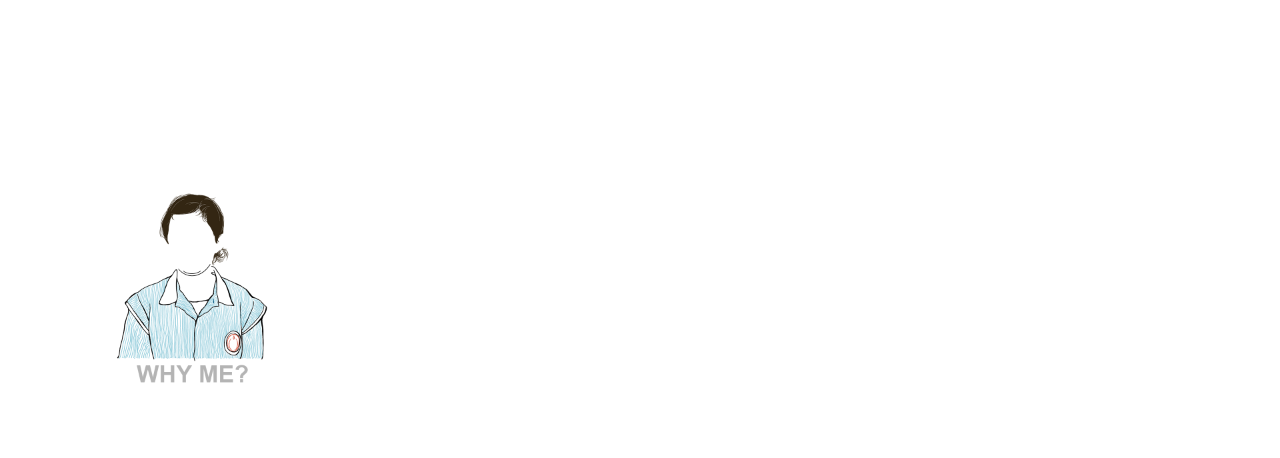
Repository: Lettie123/webpr4
Page: 04.html
These files come from the project's save history. The page is drawn as it stood at one moment and after the next save; the edit follows.
The browser window is 1280 px wide. The pictures show the whole page.

Above is the page before, as saved 2020-11-23 23:45:57.

### 04.html
<html>
    <head>
        <meta charset="UTF-8">
        <meta name="viewport" content="width=device-width,initial-scale=1" />
        <meta name="viewport" content="width=device-width,initial-scale=1.0,maximum-scale=1.0,user-scalable=no">
        <link rel="stylesheet" type="text/css" href="style05.css">

    </head>

    <body>
        <div id="r01">
            <span>
                <img src="pepic/r01.png" style="width:100%">
            </span>
        </div>
    </body>

### style05.css
body {
	overflow:scroll;
    overflow-y:hidden;
    overflow-x:hidden;
}

#r01{
    width: 200px;
    height: 200px;
	position: absolute;
	left: 15%;
	top: 40%;
    transform: translate(-50%,-50%);
    color: #B4B4B4;
}

After the next save:
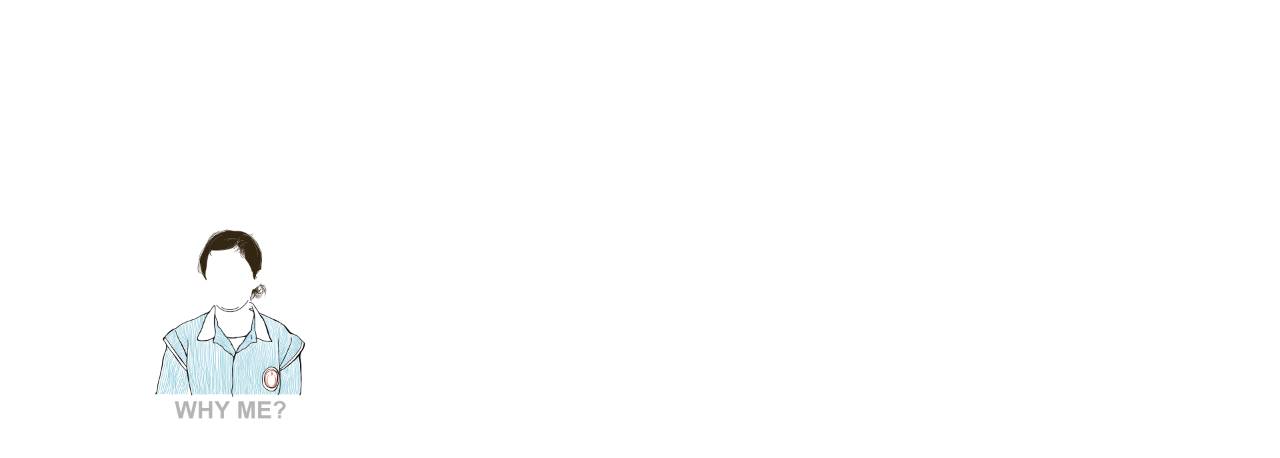
Saved 24 s later.
--- a/style05.css
+++ b/style05.css
@@ -8,8 +8,8 @@ body {
     width: 200px;
     height: 200px;
 	position: absolute;
-	left: 15%;
-	top: 40%;
+	left: 18%;
+	top: 45%;
     transform: translate(-50%,-50%);
     color: #B4B4B4;
 }
